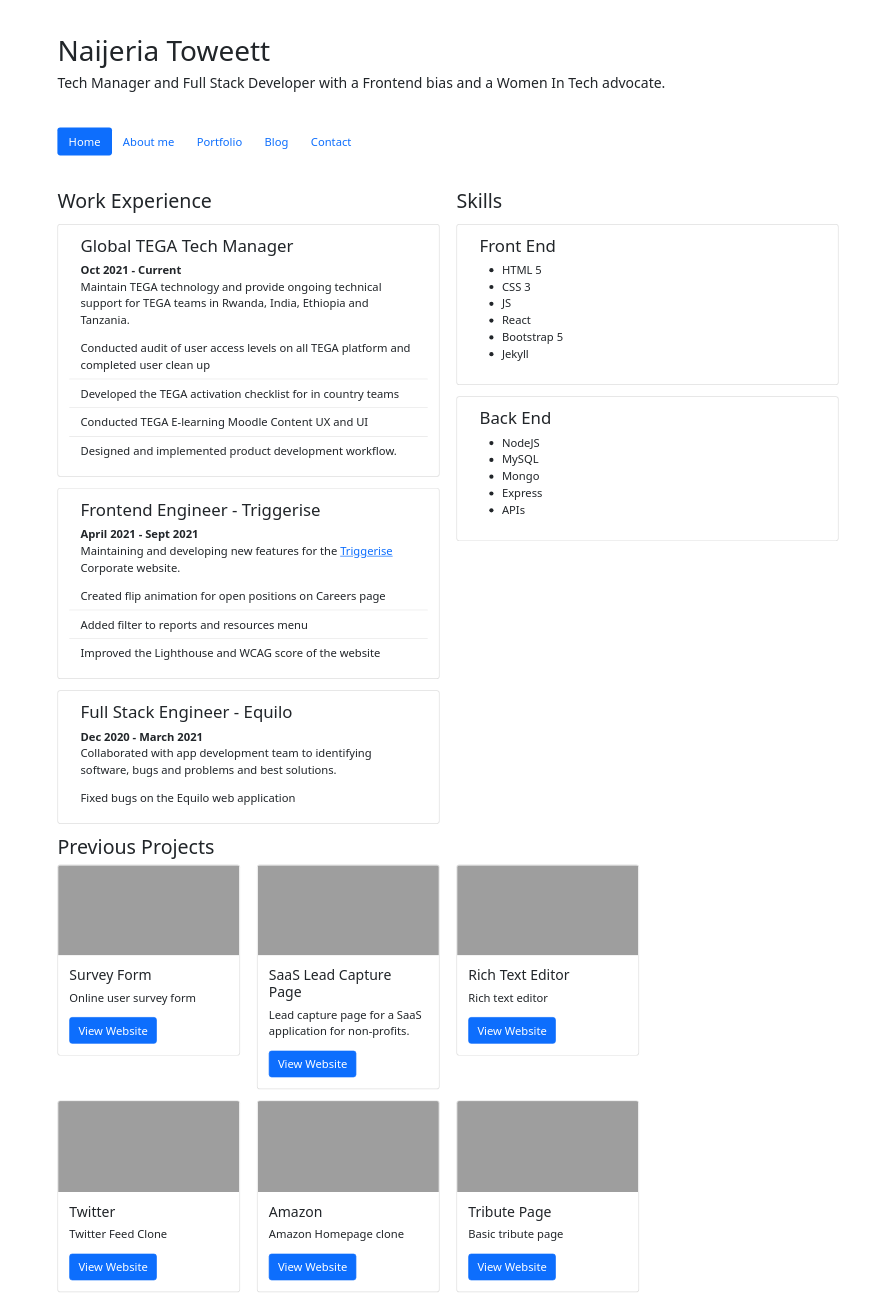
Repository: mamatechafrica/portfolio
Page: index.html
These files come from the project's save history. The page is drawn as it stood at one moment and after a run of saves; the edit follows.
The browser window is 1280 px wide. The pictures show the whole page, at 70% of full size.
Pictures or frames that could not be fetched are drawn as grey boxes.

Above is the page before, as saved 2022-01-04 19:54:26.

### index.html
<!doctype html>
<html lang="en">
    <head>
        <!-- Required meta tags -->
        <meta charset="utf-8">
        <meta name="viewport" content="width=device-width, initial-scale=1">

        <!-- Bootstrap CSS -->
        <link href="https://cdn.jsdelivr.net/npm/bootstrap@5.0.2/dist/css/bootstrap.min.css" rel="stylesheet" integrity="sha384-EVSTQN3/azprG1Anm3QDgpJLIm9Nao0Yz1ztcQTwFspd3yD65VohhpuuCOmLASjC" crossorigin="anonymous">

        <title>NashTheCoder portfolio</title>
    </head>
    <body>
        <div class="container my-5">
            <h1>Naijeria Toweett</h1>
            <p class="lead">
                Tech Manager and Full Stack Developer with a Frontend bias and a Women In Tech advocate.
            </p>
        </div>

        <div class="container">
            <nav>
                <ul class="nav nav-pills ">
                    <li class="nav-item">
                        <a class="nav-link active" aria-current="page" href="#">Home</a>
                    </li>
                    <li class="nav-item">
                        <a class="nav-link" href="#">About me</a>
                    </li>
                    <li class="nav-item">
                        <a class="nav-link" href="#">Portfolio</a>
                    </li>
                    <li class="nav-item">
                        <a class="nav-link" href="https://mumlovestech.com/" target="blank">Blog</a>
                    </li>
                    <li class="nav-item">
                        <a class="nav-link" href="#">Contact</a>
                    </li>
                </ul>
            </nav>
        </div>

        <div class="container mt-5">
            <div class="row">
                <div class="col">
                    <h3 class="mb-3">Work Experience</h3>
                        <div class="card mb-3">
                            <div class="card-body">
                                <div class="mx-3">
                                    <h4>Global TEGA Tech Manager</h4>
                                    <div>
                                        <strong>Oct 2021 - Current</strong>
                                    </div>
                                    Maintain TEGA technology and provide ongoing technical support for
                                    TEGA teams in Rwanda, India, Ethiopia and Tanzania.
                                </div>
                                    <ul class="list-group list-group-flush mt-2">
                                        <li class="list-group-item">Conducted audit of user access levels on all TEGA platform and completed user clean up</li>
                                        <li class="list-group-item">Developed the TEGA activation checklist for in country teams</li>
                                        <li class="list-group-item">Conducted TEGA E-learning Moodle Content UX and UI</li>
                                        <li class="list-group-item">Designed and implemented product development workflow.</li>
                                    </ul>
                            </div>
                        </div>
                        <div class="card mb-3">
                            <div class="card-body">
                                <div class="mx-3">
                                    <h4>Frontend Engineer - Triggerise</h4>
                                    <div>
                                        <strong>April 2021 - Sept 2021</strong>
                                    </div>
                                    Maintaining and developing new features for the <a href="https://triggerise.org/">Triggerise</a> Corporate website.
                                </div>
                                    <ul class="list-group list-group-flush mt-2">
                                        <li class="list-group-item">Created flip animation for open positions on Careers page</li>
                                        <li class="list-group-item">Added filter to reports and resources menu</li>
                                        <li class="list-group-item">Improved the Lighthouse and WCAG score of the website</li>
                                    </ul>
                            </div>
                        </div>
                        <div class="card mb-3">
                            <div class="card-body">
                                <div class="mx-3">
                                    <h4>Full Stack Engineer - Equilo</h4>
                                    <div>
                                        <strong>Dec 2020 - March 2021</strong>
                                    </div>
                                    Collaborated with app development team to identifying software, bugs and problems and best solutions.
                                </div>
                                    <ul class="list-group list-group-flush mt-2">
                                        <li class="list-group-item">Fixed bugs on the Equilo web application</li>
                                    </ul>
                            </div>
                        </div>
                </div>
                <div class="col">
                    <h3 class="mb-3">Skills</h3>
                    <div class="card mb-3">
                        <div class="card-body">
                            <div class="mx-3">
                                <h4>Front End</h4>
                                    <ul>
                                        <li>HTML 5</li>
                                        <li>CSS 3</li>
                                        <li>JS</li>
                                        <li>React</li>
                                        <li>Bootstrap 5</li>
                                        <li>Jekyll</li>
                                    </ul>
                            </div>
                        </div>
                    </div>
                    <div class="card mb-3">
                        <div class="card-body">
                            <div class="mx-3">
                                <h4>Back End</h4>
                                    <ul>
                                        <li>NodeJS</li>
                                        <li>MySQL</li>
                                        <li>Mongo</li>
                                        <li>Express</li>
                                        <li>APIs</li>
                                    </ul>
                            </div>
                        </div>
                    </div>
                </div>
            </div>
        </div>

        <div class="container">
            <h3>Previous Projects</h3>
            <div class="row mb-3">
                <div class="col-lg-3">
                    <div class="card m-b-3">
                        <img src="https://picsum.photos/400/200" alt="Survey Form" class="card-img-top">
                        <div class="card-body">
                            <h5 class="card-title">Survey Form</h5>
                            <p class="card-text">Online user survey form</p>
                            <div class="btn btn-primary">View Website</div>
                        </div>
                    </div>
                </div>
                <div class="col-lg-3">
                    <div class="card m-b-3">
                        <img src="https://picsum.photos/400/200" alt="Survey Form" class="card-img-top">
                        <div class="card-body">
                            <h5 class="card-title">SaaS Lead Capture Page</h5>
                            <p class="card-text">Lead capture page for a SaaS application for non-profits.</p>
                            <div class="btn btn-primary">View Website</div>
                        </div>
                    </div>
                </div>
                <div class="col-lg-3">
                    <div class="card m-b-3">
                        <img src="https://picsum.photos/400/200" alt="Survey Form" class="card-img-top">
                        <div class="card-body">
                            <h5 class="card-title">Rich Text Editor</h5>
                            <p class="card-text">Rich text editor</p>
                            <div class="btn btn-primary">View Website</div>
                        </div>
                    </div>
                </div>
            </div>
            <div class="row mb-3">
                <div class="col-lg-3">
                    <div class="card m-b-3">
                        <img src="https://picsum.photos/400/200" alt="Survey Form" class="card-img-top">
                        <div class="card-body">
                            <h5 class="card-title">Twitter</h5>
                            <p class="card-text">Twitter Feed Clone</p>
                            <div class="btn btn-primary">View Website</div>
                        </div>
                    </div>
                </div>
                <div class="col-lg-3">
                    <div class="card m-b-3">
                        <img src="https://picsum.photos/400/200" alt="Survey Form" class="card-img-top">
                        <div class="card-body">
                            <h5 class="card-title">Amazon</h5>
                            <p class="card-text">Amazon Homepage clone</p>
                            <div class="btn btn-primary">View Website</div>
                        </div>
                    </div>
                </div>
                <div class="col-lg-3">
                    <div class="card m-b-3">
                        <img src="https://picsum.photos/400/200" alt="Survey Form" class="card-img-top">
                        <div class="card-body">
                            <h5 class="card-title">Tribute Page</h5>
                            <p class="card-text">Basic tribute page</p>
                            <div class="btn btn-primary">View Website</div>
                        </div>
                    </div>
                </div>
            </div>
        </div>


        <!-- Optional JavaScript; choose one of the two! -->

        <!-- Option 1: Bootstrap Bundle with Popper -->
        <script src="https://cdn.jsdelivr.net/npm/bootstrap@5.0.2/dist/js/bootstrap.bundle.min.js" integrity="sha384-MrcW6ZMFYlzcLA8Nl+NtUVF0sA7MsXsP1UyJoMp4YLEuNSfAP+JcXn/tWtIaxVXM" crossorigin="anonymous"></script>

        <!-- Option 2: Separate Popper and Bootstrap JS -->
        <!--
        <script src="https://cdn.jsdelivr.net/npm/@popperjs/core@2.9.2/dist/umd/popper.min.js" integrity="sha384-IQsoLXl5PILFhosVNubq5LC7Qb9DXgDA9i+tQ8Zj3iwWAwPtgFTxbJ8NT4GN1R8p" crossorigin="anonymous"></script>
        <script src="https://cdn.jsdelivr.net/npm/bootstrap@5.0.2/dist/js/bootstrap.min.js" integrity="sha384-cVKIPhGWiC2Al4u+LWgxfKTRIcfu0JTxR+EQDz/bgldoEyl4H0zUF0QKbrJ0EcQF" crossorigin="anonymous"></script>
        -->
    </body>
</html>

After the next 2 saves:
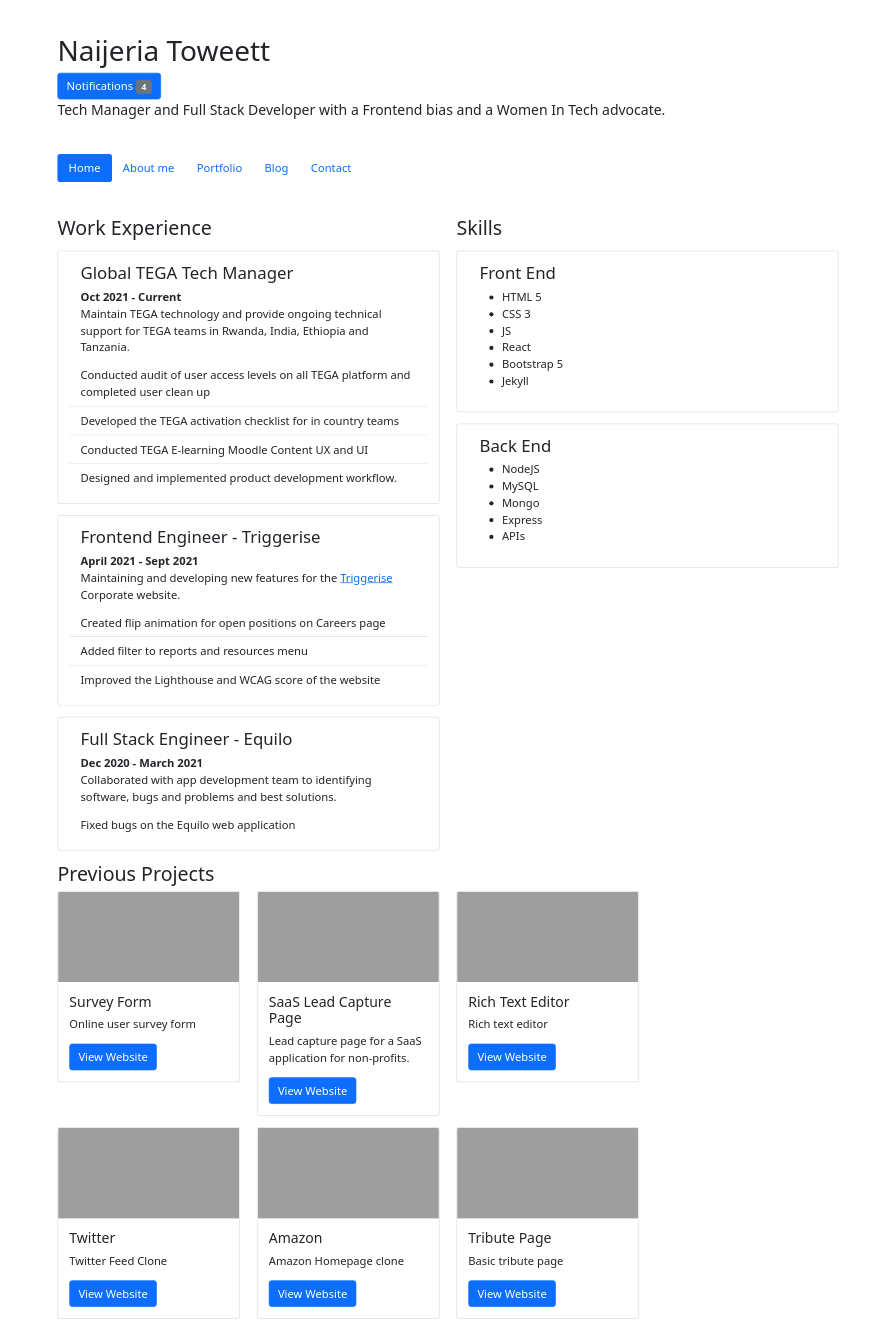
The 2 saves are shown as one change because they came seconds apart.
The last was saved 7 min 36 s later.
--- a/index.html
+++ b/index.html
@@ -13,6 +13,9 @@
     <body>
         <div class="container my-5">
             <h1>Naijeria Toweett</h1>
+            <button type="button" class="btn btn-primary">
+                Notifications <span class="badge bg-secondary">4</span>
+              </button>
             <p class="lead">
                 Tech Manager and Full Stack Developer with a Frontend bias and a Women In Tech advocate.
             </p>
